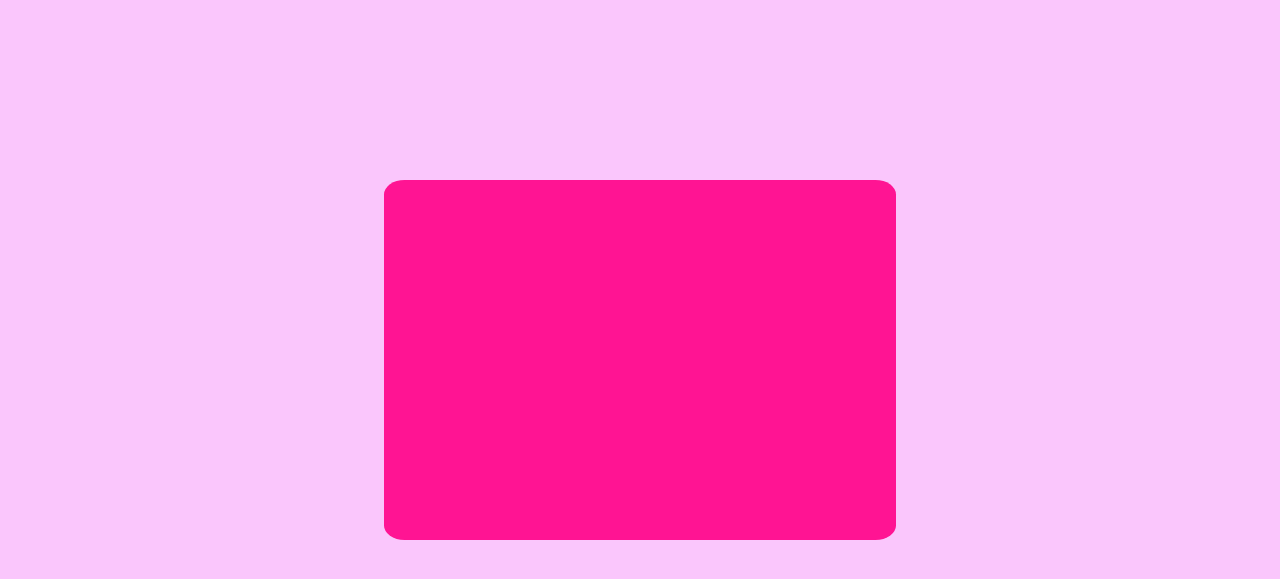
Repository: 2001mariana/Calculator_react
Page: /
These files come from the project's save history. The page is drawn as it stood at one moment and after the next save; the edit follows.
The browser window is 1280 px wide. The pictures show the whole page.
The project was rebuilt for these pictures with package versions that can differ from the ones it lists, and the page was loaded fresh each time.

Above is the page before, as saved 2023-02-06 17:14:54.

After the next save:
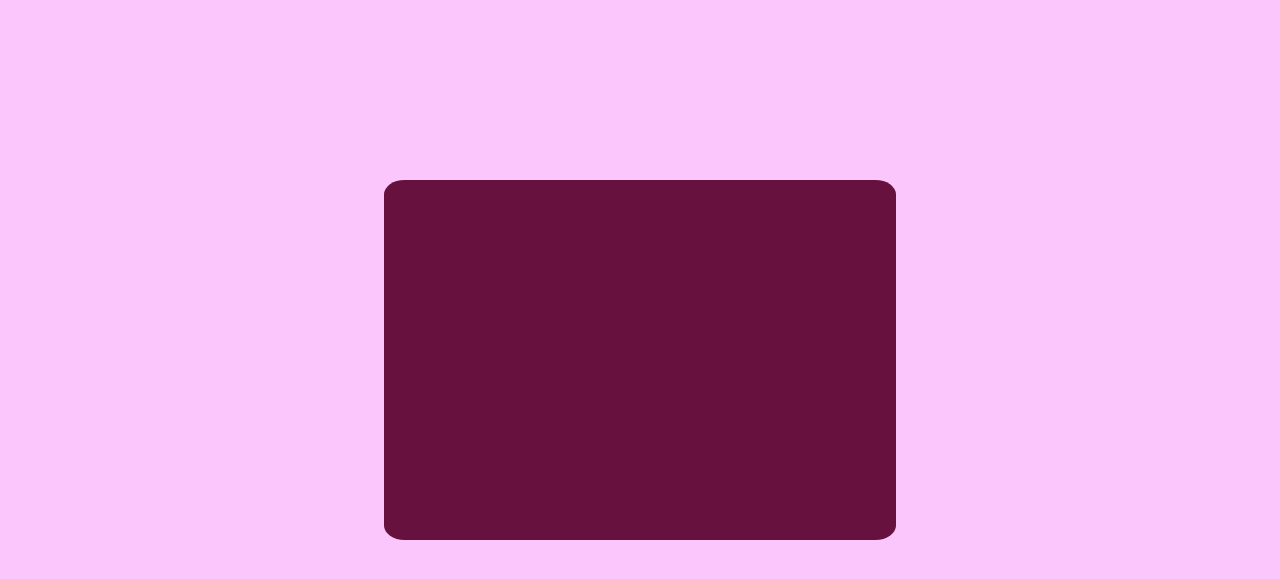
Saved 4 s later.
--- a/src/App.css
+++ b/src/App.css
@@ -10,5 +10,5 @@
   height: 50vh;
   width: 40vw;
   border-radius: 4%;
-  background-color: deeppink;
+  background-color: rgb(103, 17, 63);
 }
